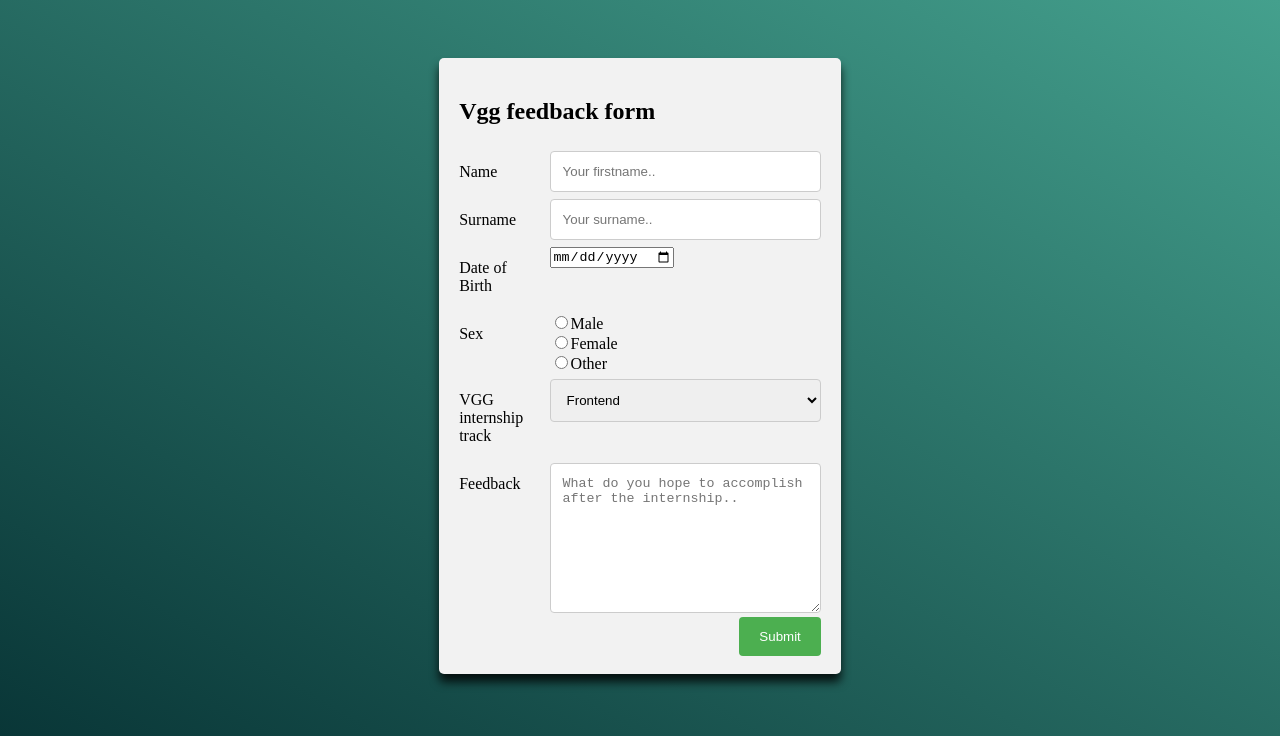
Repository: iphyokafor/VGG-Feedback-form
Page: index2.html
These files come from the project's save history. The page is drawn as it stood at one moment and after the next save; the edit follows.
The browser window is 1280 px wide. The pictures show the whole page.

Above is the page before, as saved 2020-01-13 00:56:00.

### index2.html
<!DOCTYPE html>
<html lang="en">

<head>
    <meta charset="UTF-8">
    <meta name="viewport" content="width=device-width, initial-scale=1.0">
    <meta http-equiv="X-UA-Compatible" content="ie=edge">
    <title>VGG feedback form</title>
    <link rel="stylesheet" href="./main.css">
</head>

<body>
    <div class="container">
        <form>
            <h2 class="heading">Vgg feedback form</h2>
            <div class="row">
                <div class="col-25">
                    <label for="name">Name</label>
                </div>
                <div class="col-75">
                    <input type="text" class="txtinput" id="name" name="name" placeholder="Your firstname..">
                </div>
            </div>
            <div class="row">
                <div class="col-25">
                    <label for="surname">Surname</label>
                </div>
                <div class="col-75">
                    <input type="text" class="txtinput" id="surname" name="surname" placeholder="Your surname..">
                </div>
            </div>
            <div class="row">
                <div class="col-25">
                    <label for="dob">Date of Birth</label>
                </div>
                <div class="col-75">
                    <input type="date" id="date" name="date">
                </div>
            </div>
            <div class="row">
                <div class="col-25">
                    <label for="sex">Sex</label>
                </div>
                <div class="col-75">
                    <input type="radio" name="gender">Male<br>
                    <input type="radio" name="gender">Female<br>
                    <input type="radio" name="gender">Other
                </div>
            </div>
            <div class="row">
                <div class="col-25">
                    <label for="VGG internship">VGG internship track</label>
                </div>
                <div class="col-75">
                    <select id="VGG internship" name="VGG">
            <option value="frontend">Frontend</option>
            <option value="backend">Backend</option>
            <option value="ui/ux">UI/UX</option>
            <option value="software">Software Quality Assurance</option>
            <option value="devops">DevOps</option>
          </select>
                </div>
            </div>
            <div class="row">
                <div class="col-25">
                    <label for="feedback">Feedback</label>
                </div>
                <div class="col-75">
                    <textarea id="feedback" name="feedback" placeholder="What do you hope to accomplish after the internship.." style="height:150px"></textarea>
                </div>
            </div>
            <div class="row">
                <input type="submit" class="btn" value="Submit">
            </div>
        </form>
    </div>

</body>

</html>

### main.css
/* Style inputs, select elements and textareas */

body {
    display: flex;
    justify-content: center;
    flex-wrap: wrap;
    background: linear-gradient(to right top, #093637, #44A08D);
    background-repeat: no-repeat;
    height: 100vh;
}

.txtinput,
select,
textarea {
    width: 100%;
    padding: 12px;
    border: 1px solid #ccc;
    border-radius: 4px;
    box-sizing: border-box;
    resize: vertical;
}


/* Style the label to display next to the inputs */

label {
    padding: 12px 12px 12px 0;
    display: inline-block;
}


/* Style the submit button */

.btn {
    background-color: #4CAF50;
    color: white;
    padding: 12px 20px;
    border: none;
    border-radius: 4px;
    cursor: pointer;
    float: right;
    transition: all 1s;
}

.btn:hover {
    transform: scale(1.1);
}


/* Style the container */

.container {
    height: 80vh;
    margin-top: 50px;
    border-radius: 5px;
    background-color: #f2f2f2;
    padding: 20px;
    box-shadow: 0 8px 10px rgba(0, 0, 0, 0.8);
    transition: border 0.15s linear 0s, linear 0s, color 0.15s linear 0s;
}


/* Floating column for labels: 25% width */

.col-25 {
    float: left;
    width: 25%;
    margin-top: 6px;
}


/* Floating column for inputs: 75% width */

.col-75 {
    float: left;
    width: 75%;
    margin-top: 6px;
}


/* Clear floats after the columns */

.row:after {
    content: "";
    display: table;
    clear: both;
}


/* Responsive layout - when the screen is less than 600px wide, make the two columns stack on top of each other instead of next to each other */

@media screen and (max-width: 600px) {
    .col-25,
    .col-75,
    input[type=submit] {
        width: 100%;
        margin-top: 0;
    }
}

After the next save:
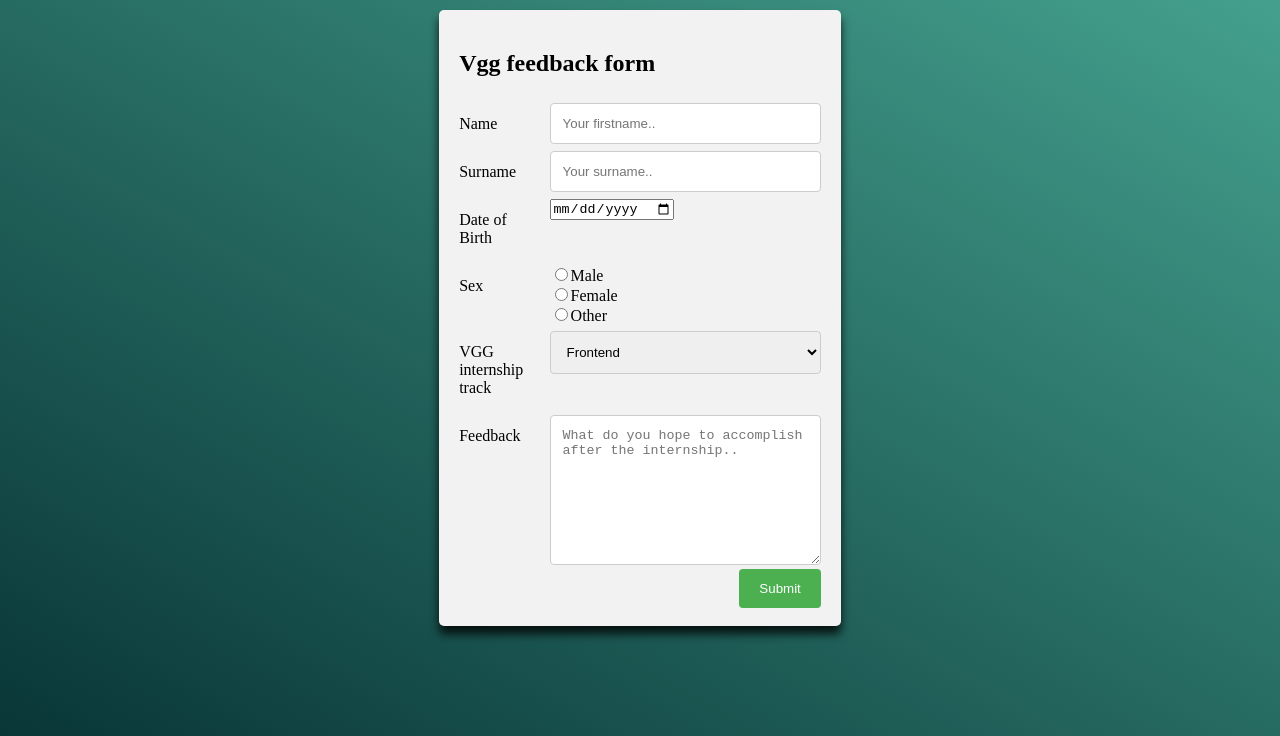
Saved 26 s later.
--- a/main.css
+++ b/main.css
@@ -51,7 +51,7 @@ label {
 
 .container {
     height: 80vh;
-    margin-top: 50px;
+    margin-top: 2px;
     border-radius: 5px;
     background-color: #f2f2f2;
     padding: 20px;
